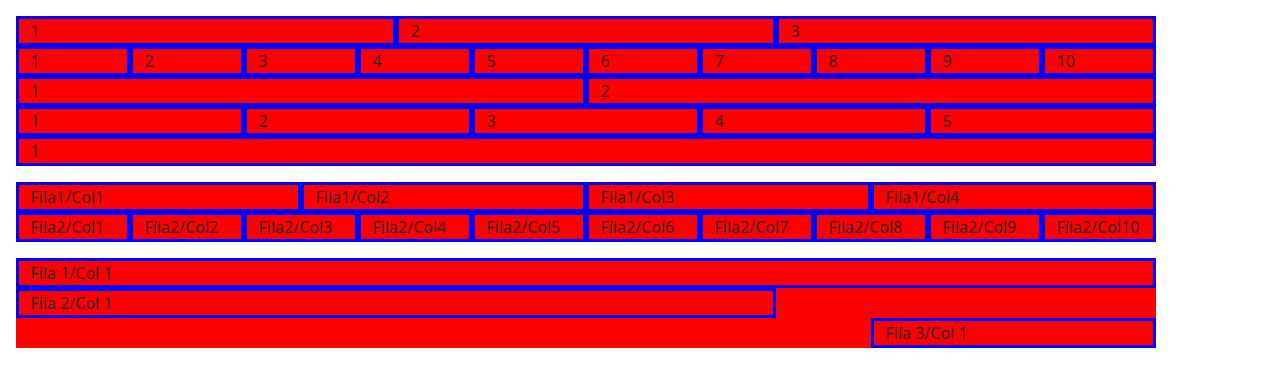
Repository: alexvl06/alexvl06.github.io
Page: index.html
The author's editor kept a copy of each file at every save. The page is drawn from the files as they stood at one save, then again after the next save.
The browser window is 1280 px wide. The pictures show the whole page.

Above is the page before, as saved 2022-07-11 08:35:36.

After the next save:
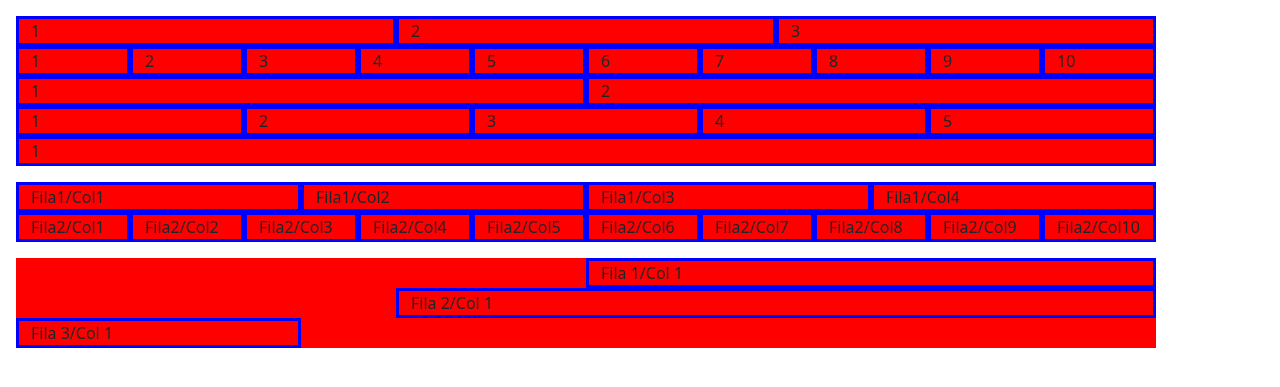
Saved 108 s later.
--- a/index.html
+++ b/index.html
@@ -69,13 +69,13 @@
 
     <div class="container m-3" style="background: red;">
       <div class="row">
-        <div class="col-12" style="border: solid blue">Fila 1/Col 1</div>
+        <div class="col-12 col-md-6 offset-md-6" style="border: solid blue">Fila 1/Col 1</div>
       </div>
       <div class="row">
-        <div class="col-8" style="border: solid blue">Fila 2/Col 1</div>
+        <div class="col-8 offset-md-4" style="border: solid blue">Fila 2/Col 1</div>
       </div>
       <div class="row">
-        <div class="col-3 offset-9" style="border: solid blue">Fila 3/Col 1</div></div>
+        <div class="col-3 offset-9 offset-md-0" style="border: solid blue">Fila 3/Col 1</div></div>
     </div>
     <script
       src="https://cdn.jsdelivr.net/npm/bootstrap@5.2.0-beta1/dist/js/bootstrap.bundle.min.js"
